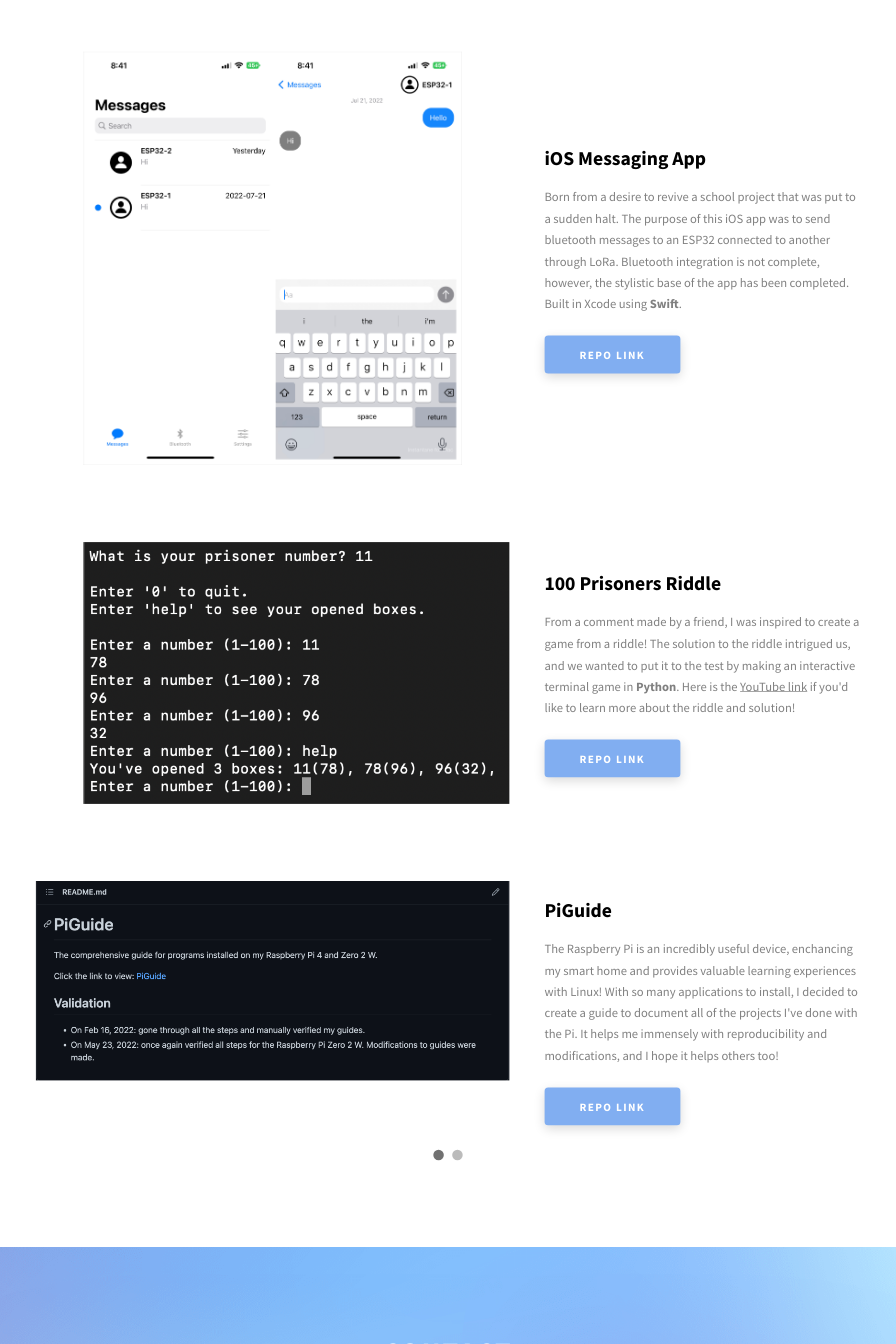
Repository: justinknguyen/Personal-Portfolio
Page: index.html
An editor plug-in stored every save of this project. The page is shown before and after the next save, followed by the edit.
The browser window is 1280 px wide. The pictures show the part of the page from y = 2729 to 4649 px (the page is 6182 px tall), at 70% of full size.
The style sheet was rebuilt from its Sass, Less or Tailwind sources for each picture, by a compiler version that may differ from the author's.

Above is the page before, as saved 2022-09-09 21:16:06.

After the next save:
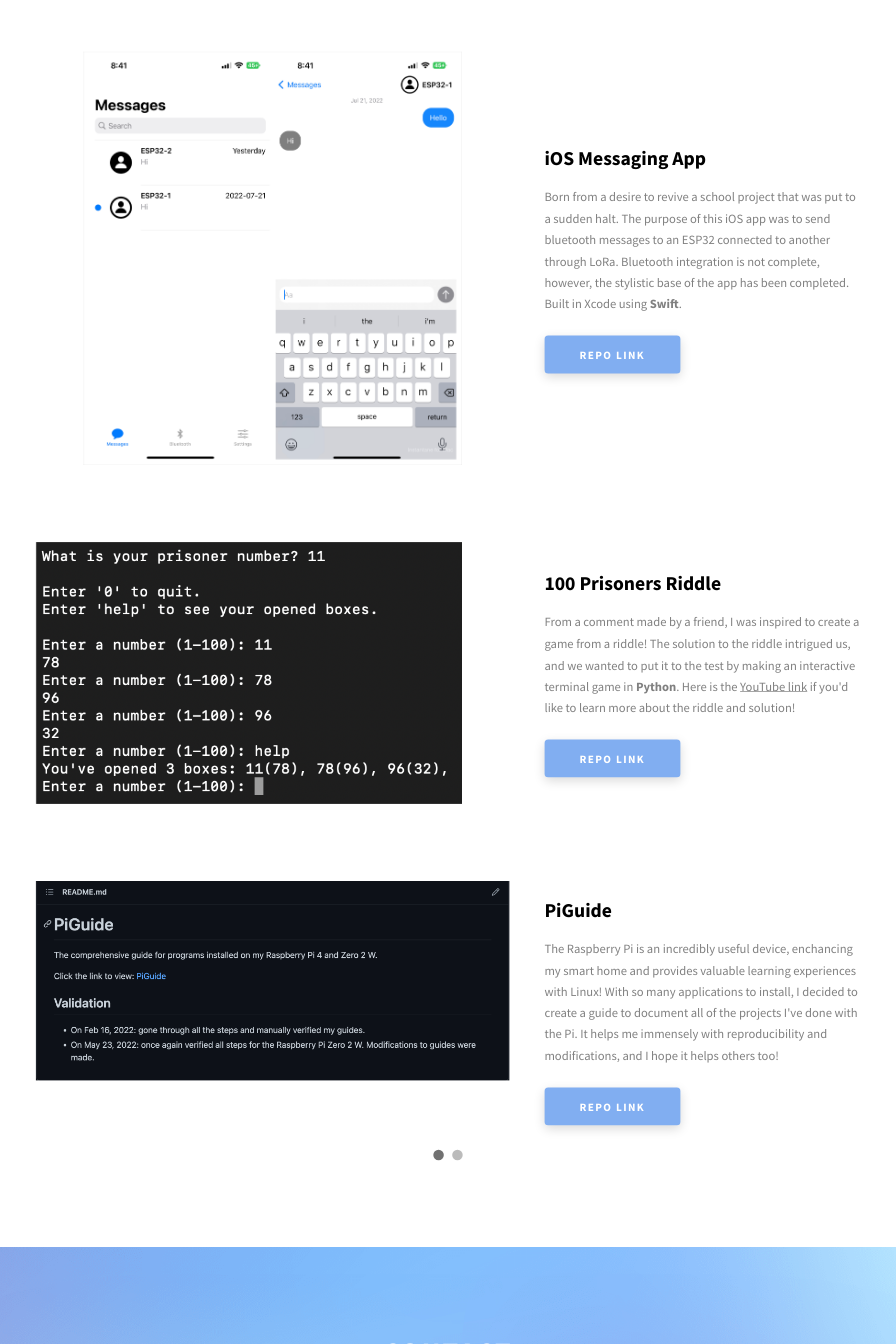
Saved 30 s later.
--- a/index.html
+++ b/index.html
@@ -286,7 +286,7 @@
                 <div class="projects__row-img-cont">
                   <img
                     src="./assets/png/prisoner-ss.png"
-                    style="width: 90%; position: relative; left: 10%;"
+                    style="width: 90%; position: relative; left: 0%;"
                     alt="Software Screenshot"
                     class="projects__row-img"
                     loading="lazy"
